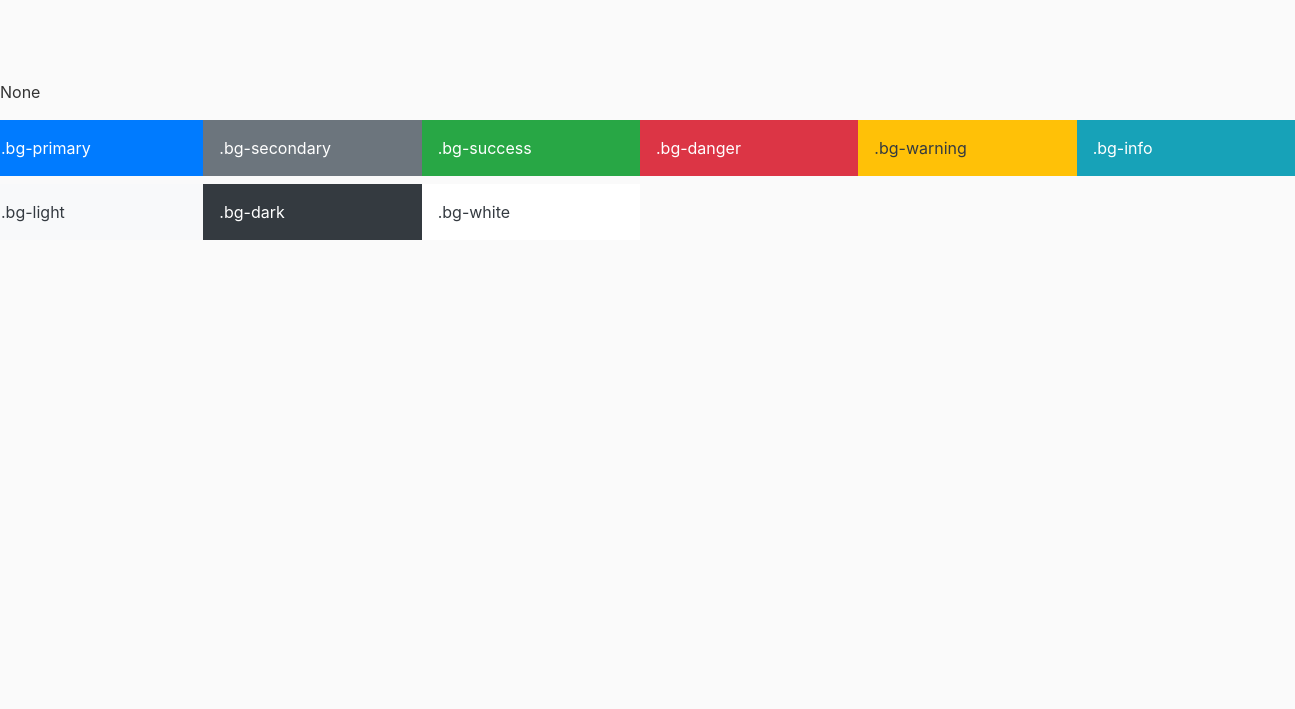
Repository: khanhdk0000/first_proj
Page: http://localhost/about
These files come from the project's save history. The page is drawn as it stood at one moment and after a run of saves; the edit follows.
The browser window is 1280 px wide. The page is 1295 px wide, then 1280 px, so the pictures cover 1295 px, including what lies to the right of the window. The pictures show the whole page.
Some web libraries are served in a nearby version. The page is served by the project's application, run on Flask 3 (flaskblog.py).

Above is the page before, as saved 2021-05-25 11:36:03.

### templates/about.html
{% extends "layout.html" %} {% block content %}
<p>{{ var}}</p>
<div class="row">
    <div class="col-2 p-3 mb-2 bg-primary text-white">.bg-primary</div>
    <div class="col-2 p-3 mb-2 bg-secondary text-white">.bg-secondary</div>
    <div class="col-2 p-3 mb-2 bg-success text-white">.bg-success</div>
    <div class="col-2 p-3 mb-2 bg-danger text-white">.bg-danger</div>
    <div class="col-2 p-3 mb-2 bg-warning text-dark">.bg-warning</div>
    <div class="col-2 p-3 mb-2 bg-info text-white">.bg-info</div>
    <div class="col-2 p-3 mb-2 bg-light text-dark">.bg-light</div>
    <div class="col-2 p-3 mb-2 bg-dark text-white">.bg-dark</div>
    <div class="col-2 p-3 mb-2 bg-white text-dark">.bg-white</div>
    </div>
{% endblock content %}

### templates/layout.html
<!DOCTYPE html>
<html>
  <head>
    <!-- Required meta tags -->
    <meta charset="utf-8" />
    <meta
      name="viewport"
      content="width=device-width, initial-scale=1, shrink-to-fit=no"
    />

    <!-- Bootstrap CSS -->
    <link
      rel="stylesheet"
      href="https://maxcdn.bootstrapcdn.com/bootstrap/4.0.0/css/bootstrap.min.css"
      integrity="sha384-Gn5384xqQ1aoWXA+058RXPxPg6fy4IWvTNh0E263XmFcJlSAwiGgFAW/dAiS6JXm"
      crossorigin="anonymous"
    />

    <link
      rel="stylesheet"
      type="text/css"
      href="{{ url_for('static', filename='main.css') }}"
    />

    {% if title %}
    <title>Flask Blog - {{ title }}</title>
    {% else %}
    <title>Flask Blog</title>
    {% endif %}
  </head>
  <body>
    {% block content %}{% endblock %}

    <!-- Optional JavaScript -->
    <!-- jQuery first, then Popper.js, then Bootstrap JS -->
    <script
      src="https://code.jquery.com/jquery-3.2.1.slim.min.js"
      integrity="sha384-KJ3o2DKtIkvYIK3UENzmM7KCkRr/rE9/Qpg6aAZGJwFDMVNA/GpGFF93hXpG5KkN"
      crossorigin="anonymous"
    ></script>
    <script
      src="https://cdnjs.cloudflare.com/ajax/libs/popper.js/1.12.9/umd/popper.min.js"
      integrity="sha384-ApNbgh9B+Y1QKtv3Rn7W3mgPxhU9K/ScQsAP7hUibX39j7fakFPskvXusvfa0b4Q"
      crossorigin="anonymous"
    ></script>
    <script
      src="https://maxcdn.bootstrapcdn.com/bootstrap/4.0.0/js/bootstrap.min.js"
      integrity="sha384-JZR6Spejh4U02d8jOt6vLEHfe/JQGiRRSQQxSfFWpi1MquVdAyjUar5+76PVCmYl"
      crossorigin="anonymous"
    ></script>
    <!-- MDB -->
    <script
      type="text/javascript"
      src="https://cdnjs.cloudflare.com/ajax/libs/mdb-ui-kit/3.5.0/mdb.min.js"
    ></script>
  </body>
</html>

### flaskblog.py
from flask import Flask, render_template, url_for, request
app = Flask(__name__)


posts = [
    {
        'author': 'Corey Schafer',
        'title': 'Blog Post 1',
        'content': 'First post content',
        'date_posted': 'April 20, 2018'
    },
    {
        'author': 'Jane Doe',
        'title': 'Blog Post 2',
        'content': 'Second post content',
        'date_posted': 'April 21, 2018'
    }
]

@app.route('/')
@app.route('/home')
def hello_world():
    return render_template('home.html', posts=posts, title='Hey')

@app.route('/about')
def about():
    my_var = request.args.get('my_var', None)
    return render_template('about.html', posts=posts, var=my_var)

if __name__ == '__main__':
    app.run(debug=True)

### static/main.css
body {
    background: #fafafa;
    color: #333333;
    margin-top: 5rem;
    height: 100%;
  }

  h1, h2, h3, h4, h5, h6 {
    color: #444444;
  }

  .bg-steel {
    background-color: #5f788a;
  }

  .site-header .navbar-nav .nav-link {
    color: #cbd5db;
  }

  .site-header .navbar-nav .nav-link:hover {
    color: #ffffff;
  }

  .site-header .navbar-nav .nav-link.active {
    font-weight: 500;
  }

  .content-section {
    background: #ffffff;
    padding: 10px 20px;
    border: 1px solid #dddddd;
    border-radius: 3px;
    margin-bottom: 20px;
  }

  .article-title {
    color: #444444;
  }

  a.article-title:hover {
    color: #428bca;
    text-decoration: none;
  }

  .article-content {
    white-space: pre-line;
  }

  .article-img {
    height: 65px;
    width: 65px;
    margin-right: 16px;
  }

  .article-metadata {
    padding-bottom: 1px;
    margin-bottom: 4px;
    border-bottom: 1px solid #e3e3e3
  }

  .article-metadata a:hover {
    color: #333;
    text-decoration: none;
  }

  .article-svg {
    width: 25px;
    height: 25px;
    vertical-align: middle;
  }

  .account-img {
    height: 125px;
    width: 125px;
    margin-right: 20px;
    margin-bottom: 16px;
  }

  .account-heading {
    font-size: 2.5rem;
  }

  .vertical-center {
    min-height: 100%;  /* Fallback for browsers do NOT support vh unit */
    min-height: 100vh; /* These two lines are counted as one :-)       */

    justify-content:center;
    display: flex;
    align-items: center;
  }

After the next 2 saves:
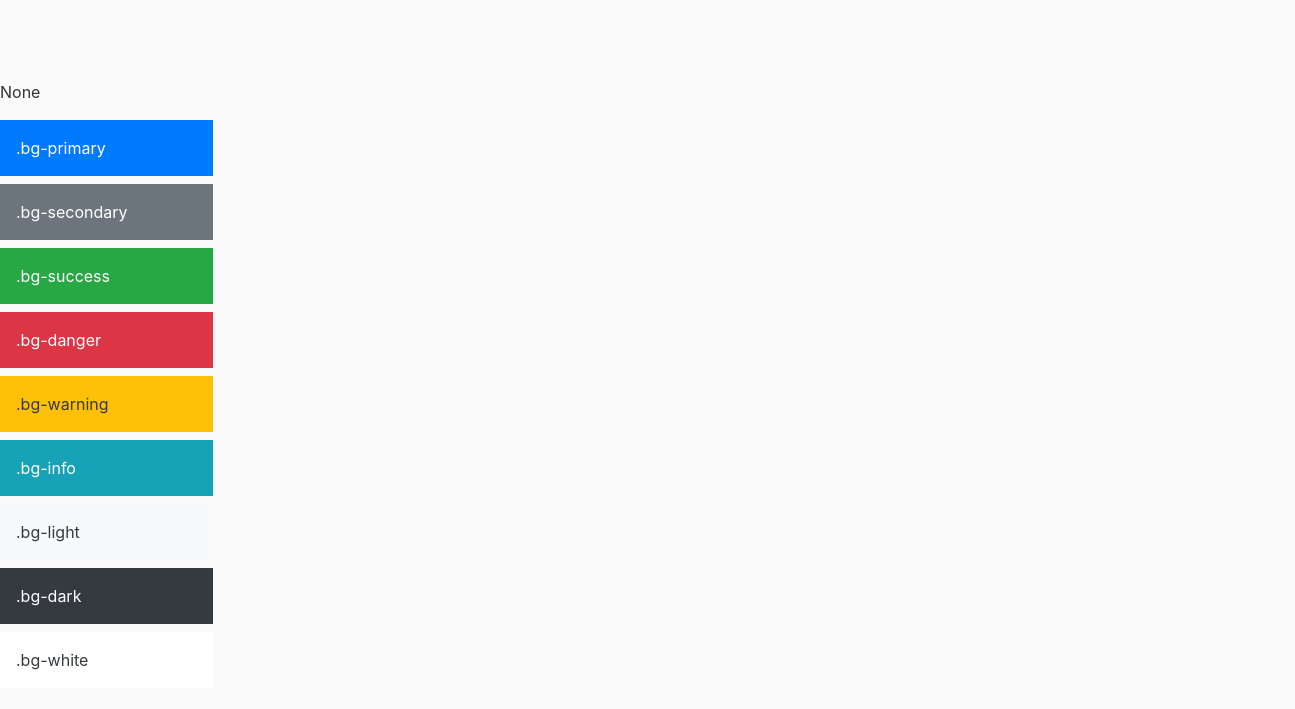
The 2 saves are shown as one change because they came seconds apart.
The last was saved 14 s later.
--- a/templates/about.html
+++ b/templates/about.html
@@ -1,6 +1,6 @@
 {% extends "layout.html" %} {% block content %}
 <p>{{ var}}</p>
-<div class="row">
+
     <div class="col-2 p-3 mb-2 bg-primary text-white">.bg-primary</div>
     <div class="col-2 p-3 mb-2 bg-secondary text-white">.bg-secondary</div>
     <div class="col-2 p-3 mb-2 bg-success text-white">.bg-success</div>
@@ -10,5 +10,5 @@
     <div class="col-2 p-3 mb-2 bg-light text-dark">.bg-light</div>
     <div class="col-2 p-3 mb-2 bg-dark text-white">.bg-dark</div>
     <div class="col-2 p-3 mb-2 bg-white text-dark">.bg-white</div>
-    </div>
+
 {% endblock content %}
